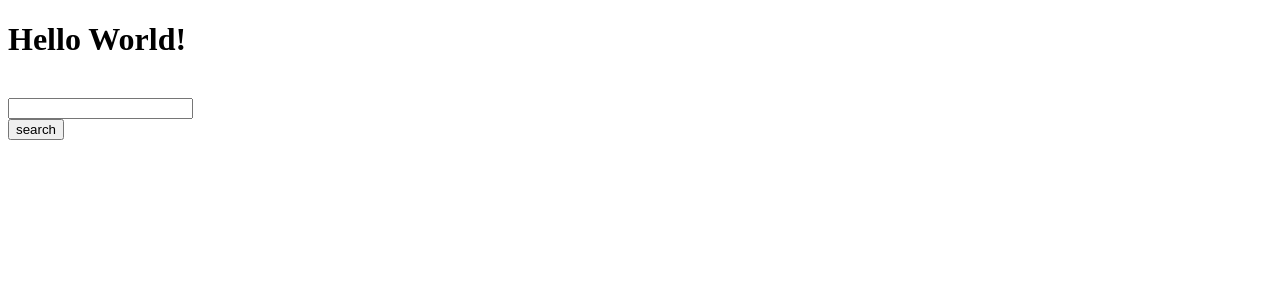
Repository: Hamzamshoaib/us2
Page: http://localhost/te_assignment_2/
These files come from the project's save history. The page is drawn as it stood at one moment and after the next save; the edit follows.
The browser window is 1280 px wide. The pictures show the whole page.
The page is served by Tomcat 9. Queries for data that is not in the repository find no rows.

Above is the page before, as saved 2015-05-07 14:34:44.

After the next save:
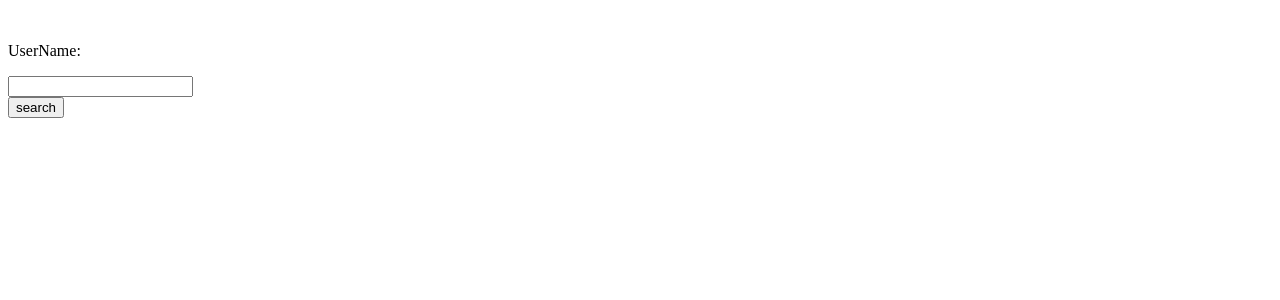
Saved 25 h 12 min later.
--- a/te_assignment_2/WebContent/index.jsp
+++ b/te_assignment_2/WebContent/index.jsp
@@ -7,10 +7,10 @@
 <title>	Daily Auction</title>
 </head>
 <body>
-<h1>Hello World!</h1>
-<FORM ACTION='menu.jsp' METHOD='POST'>
+<FORM NAME="loginform" ACTION="login" METHOD="POST">
 <br>
-<INPUT type="text" name="searchItem">
+<p>UserName: </p>
+<INPUT type="text" name="userName">
 <br>
 <INPUT TYPE='submit' VALUE='search'>
 </FORM>
